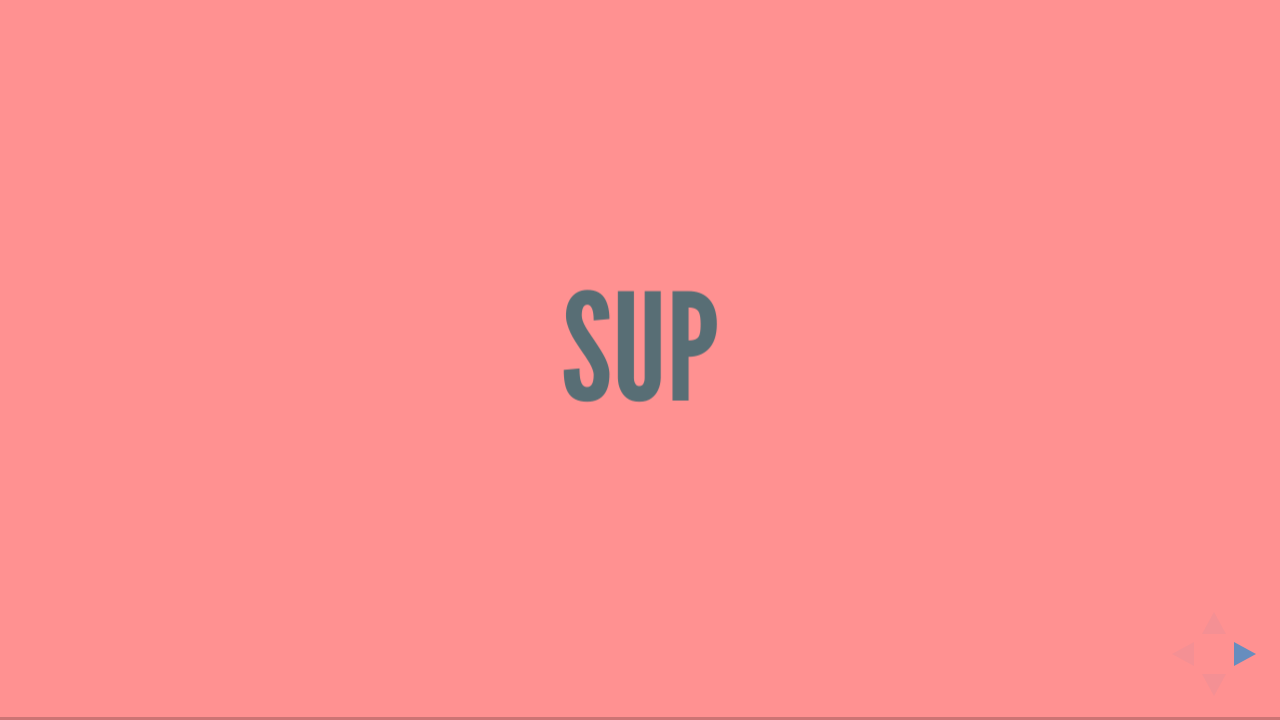
Repository: Blumed/Blumed.github.io
Page: index.html
An editor plug-in stored every save of this project. The page is shown before and after the next save, followed by the edit.
The browser window is 1280 px wide. The pictures show the whole page.
The style sheet was rebuilt from its Sass, Less or Tailwind sources for each picture, by a compiler version that may differ from the author's.

Above is the page before, as saved 2017-04-26 20:43:13.

### index.html
<!doctype html>
<html>
	<head>
		<meta charset="utf-8">
		<meta name="viewport" content="width=device-width, initial-scale=1.0, maximum-scale=1.0, user-scalable=no">

		<title>Build Your Own Tools!</title>

		<link rel="stylesheet" href="css/reveal.css">
		<link rel="stylesheet" href="css/theme/cullan.css">

		<!-- Theme used for syntax highlighting of code -->
		<link rel="stylesheet" href="lib/css/zenburn.css">

		<!-- Printing and PDF exports -->
		<script>
			var link = document.createElement( 'link' );
			link.rel = 'stylesheet';
			link.type = 'text/css';
			link.href = window.location.search.match( /print-pdf/gi ) ? 'css/print/pdf.css' : 'css/print/paper.css';
			document.getElementsByTagName( 'head' )[0].appendChild( link );
		</script>
	</head>
	<body>
		<div class="reveal">
			<div class="slides">
				<section>
					<h1>Sup</h1>
				</section>
				<section>Slide 2</section>
			</div>
		</div>

		<script src="lib/js/head.min.js"></script>
		<script src="js/reveal.js"></script>

		<script>
			// More info about config & dependencies:
			// - https://github.com/hakimel/reveal.js#configuration
			// - https://github.com/hakimel/reveal.js#dependencies
			Reveal.initialize({
				dependencies: [
					{ src: 'plugin/markdown/marked.js' },
					{ src: 'plugin/markdown/markdown.js' },
					{ src: 'plugin/notes/notes.js', async: true },
					{ src: 'plugin/highlight/highlight.js', async: true, callback: function() { hljs.initHighlightingOnLoad(); } }
				]
			});
		</script>
	</body>
</html>

### css/print/paper.css
/* Default Print Stylesheet Template
   by Rob Glazebrook of CSSnewbie.com
   Last Updated: June 4, 2008

   Feel free (nay, compelled) to edit, append, and
   manipulate this file as you see fit. */


@media print {

	/* SECTION 1: Set default width, margin, float, and
	   background. This prevents elements from extending
	   beyond the edge of the printed page, and prevents
	   unnecessary background images from printing */
	html {
		background: #fff;
		width: auto;
		height: auto;
		overflow: visible;
	}
	body {
		background: #fff;
		font-size: 20pt;
		width: auto;
		height: auto;
		border: 0;
		margin: 0 5%;
		padding: 0;
		overflow: visible;
		float: none !important;
	}

	/* SECTION 2: Remove any elements not needed in print.
	   This would include navigation, ads, sidebars, etc. */
	.nestedarrow,
	.controls,
	.fork-reveal,
	.share-reveal,
	.state-background,
	.reveal .progress,
	.reveal .backgrounds,
	.reveal .slide-number {
		display: none !important;
	}

	/* SECTION 3: Set body font face, size, and color.
	   Consider using a serif font for readability. */
	body, p, td, li, div {
		font-size: 20pt!important;
		font-family: Georgia, "Times New Roman", Times, serif !important;
		color: #000;
	}

	/* SECTION 4: Set heading font face, sizes, and color.
	   Differentiate your headings from your body text.
	   Perhaps use a large sans-serif for distinction. */
	h1,h2,h3,h4,h5,h6 {
		color: #000!important;
		height: auto;
		line-height: normal;
		font-family: Georgia, "Times New Roman", Times, serif !important;
		text-shadow: 0 0 0 #000 !important;
		text-align: left;
		letter-spacing: normal;
	}
	/* Need to reduce the size of the fonts for printing */
	h1 { font-size: 28pt !important;  }
	h2 { font-size: 24pt !important; }
	h3 { font-size: 22pt !important; }
	h4 { font-size: 22pt !important; font-variant: small-caps; }
	h5 { font-size: 21pt !important; }
	h6 { font-size: 20pt !important; font-style: italic; }

	/* SECTION 5: Make hyperlinks more usable.
	   Ensure links are underlined, and consider appending
	   the URL to the end of the link for usability. */
	a:link,
	a:visited {
		color: #000 !important;
		font-weight: bold;
		text-decoration: underline;
	}
	/*
	.reveal a:link:after,
	.reveal a:visited:after {
		content: " (" attr(href) ") ";
		color: #222 !important;
		font-size: 90%;
	}
	*/


	/* SECTION 6: more reveal.js specific additions by @skypanther */
	ul, ol, div, p {
		visibility: visible;
		position: static;
		width: auto;
		height: auto;
		display: block;
		overflow: visible;
		margin: 0;
		text-align: left !important;
	}
	.reveal pre,
	.reveal table {
		margin-left: 0;
		margin-right: 0;
	}
	.reveal pre code {
		padding: 20px;
		border: 1px solid #ddd;
	}
	.reveal blockquote {
		margin: 20px 0;
	}
	.reveal .slides {
		position: static !important;
		width: auto !important;
		height: auto !important;

		left: 0 !important;
		top: 0 !important;
		margin-left: 0 !important;
		margin-top: 0 !important;
		padding: 0 !important;
		zoom: 1 !important;

		overflow: visible !important;
		display: block !important;

		text-align: left !important;
		-webkit-perspective: none;
		   -moz-perspective: none;
		    -ms-perspective: none;
		        perspective: none;

		-webkit-perspective-origin: 50% 50%;
		   -moz-perspective-origin: 50% 50%;
		    -ms-perspective-origin: 50% 50%;
		        perspective-origin: 50% 50%;
	}
	.reveal .slides section {
		visibility: visible !important;
		position: static !important;
		width: auto !important;
		height: auto !important;
		display: block !important;
		overflow: visible !important;

		left: 0 !important;
		top: 0 !important;
		margin-left: 0 !important;
		margin-top: 0 !important;
		padding: 60px 20px !important;
		z-index: auto !important;

		opacity: 1 !important;

		page-break-after: always !important;

		-webkit-transform-style: flat !important;
		   -moz-transform-style: flat !important;
		    -ms-transform-style: flat !important;
		        transform-style: flat !important;

		-webkit-transform: none !important;
		   -moz-transform: none !important;
		    -ms-transform: none !important;
		        transform: none !important;

		-webkit-transition: none !important;
		   -moz-transition: none !important;
		    -ms-transition: none !important;
		        transition: none !important;
	}
	.reveal .slides section.stack {
		padding: 0 !important;
	}
	.reveal section:last-of-type {
		page-break-after: avoid !important;
	}
	.reveal section .fragment {
		opacity: 1 !important;
		visibility: visible !important;

		-webkit-transform: none !important;
		   -moz-transform: none !important;
		    -ms-transform: none !important;
		        transform: none !important;
	}
	.reveal section img {
		display: block;
		margin: 15px 0px;
		background: rgba(255,255,255,1);
		border: 1px solid #666;
		box-shadow: none;
	}

	.reveal section small {
		font-size: 0.8em;
	}

}

### css/theme/source/cullan.scss
/**
 * Solarized Light theme for reveal.js.
 * Author: Achim Staebler
 */


// Default mixins and settings -----------------
@import "../template/mixins";
@import "../template/settings";
// ---------------------------------------------



// Include theme-specific fonts
@import url(../../lib/font/league-gothic/league-gothic.css);
@import url(https://fonts.googleapis.com/css?family=Lato:400,700,400italic,700italic);


/**
 * Solarized colors by Ethan Schoonover
 */
html * {
	color-profile: sRGB;
	rendering-intent: auto;
}

// Solarized colors
$base03:    #002b36;
$base02:    #073642;
$base01:    #586e75;
$base00:    #22245E;
$base0:     #839496;
$base1:     #93a1a1;
$base2:     #eee8d5;
$base3:     #FF9191;
$yellow:    #b58900;
$orange:    #cb4b16;
$red:       #dc322f;
$magenta:   #d33682;
$violet:    #6c71c4;
$blue:      #268bd2;
$cyan:      #2aa198;
$green:     #859900;

// Override theme settings (see ../template/settings.scss)
$mainColor: $base00;
$headingColor: $base01;
$headingTextShadow: none;
$backgroundColor: $base3;
$linkColor: $blue;
$linkColorHover: lighten( $linkColor, 20% );
$selectionBackgroundColor: $magenta;

//Background generator
// @mixin bodyBackground() {
// 	@include radial-gradient( rgba($base3,1), rgba(lighten($base3, 20%),1) );
// }



// Theme template ------------------------------
@import "../template/theme";
// ---------------------------------------------

h1,h2,h3 {
    color: $base00;
}

### css/theme/template/mixins.scss
@mixin vertical-gradient( $top, $bottom ) {
	background: $top;
	background: -moz-linear-gradient( top, $top 0%, $bottom 100% );
	background: -webkit-gradient( linear, left top, left bottom, color-stop(0%,$top), color-stop(100%,$bottom) );
	background: -webkit-linear-gradient( top, $top 0%, $bottom 100% );
	background: -o-linear-gradient( top, $top 0%, $bottom 100% );
	background: -ms-linear-gradient( top, $top 0%, $bottom 100% );
	background: linear-gradient( top, $top 0%, $bottom 100% );
}

@mixin horizontal-gradient( $top, $bottom ) {
	background: $top;
	background: -moz-linear-gradient( left, $top 0%, $bottom 100% );
	background: -webkit-gradient( linear, left top, right top, color-stop(0%,$top), color-stop(100%,$bottom) );
	background: -webkit-linear-gradient( left, $top 0%, $bottom 100% );
	background: -o-linear-gradient( left, $top 0%, $bottom 100% );
	background: -ms-linear-gradient( left, $top 0%, $bottom 100% );
	background: linear-gradient( left, $top 0%, $bottom 100% );
}

@mixin radial-gradient( $outer, $inner, $type: circle ) {
	background: $outer;
	background: -moz-radial-gradient( center, $type cover,  $inner 0%, $outer 100% );
	background: -webkit-gradient( radial, center center, 0px, center center, 100%, color-stop(0%,$inner), color-stop(100%,$outer) );
	background: -webkit-radial-gradient( center, $type cover,  $inner 0%, $outer 100% );
	background: -o-radial-gradient( center, $type cover,  $inner 0%, $outer 100% );
	background: -ms-radial-gradient( center, $type cover,  $inner 0%, $outer 100% );
	background: radial-gradient( center, $type cover,  $inner 0%, $outer 100% );
}

### css/theme/template/settings.scss
// Base settings for all themes that can optionally be
// overridden by the super-theme

// Background of the presentation
$backgroundColor: #2b2b2b;

// Primary/body text
$mainFont: 'Lato', sans-serif;
$mainFontSize: 40px;
$mainColor: #eee;

// Vertical spacing between blocks of text
$blockMargin: 20px;

// Headings
$headingMargin: 0 0 $blockMargin 0;
$headingFont: 'League Gothic', Impact, sans-serif;
$headingColor: #eee;
$headingLineHeight: 1.2;
$headingLetterSpacing: normal;
$headingTextTransform: uppercase;
$headingTextShadow: none;
$headingFontWeight: normal;
$heading1TextShadow: $headingTextShadow;

$heading1Size: 3.77em;
$heading2Size: 2.11em;
$heading3Size: 1.55em;
$heading4Size: 1.00em;

// Links and actions
$linkColor: #13DAEC;
$linkColorHover: lighten( $linkColor, 20% );

// Text selection
$selectionBackgroundColor: #FF5E99;
$selectionColor: #fff;

// Generates the presentation background, can be overridden
// to return a background image or gradient
@mixin bodyBackground() {
	background: $backgroundColor;
}

### css/theme/template/theme.scss
// Base theme template for reveal.js

/*********************************************
 * GLOBAL STYLES
 *********************************************/

body {
	@include bodyBackground();
	background-color: $backgroundColor;
}

.reveal {
	font-family: $mainFont;
	font-size: $mainFontSize;
	font-weight: normal;
	color: $mainColor;
}

::selection {
	color: $selectionColor;
	background: $selectionBackgroundColor;
	text-shadow: none;
}

::-moz-selection {
	color: $selectionColor;
	background: $selectionBackgroundColor;
	text-shadow: none;
}

.reveal .slides>section,
.reveal .slides>section>section {
	line-height: 1.3;
	font-weight: inherit;
}

/*********************************************
 * HEADERS
 *********************************************/

.reveal h1,
.reveal h2,
.reveal h3,
.reveal h4,
.reveal h5,
.reveal h6 {
	margin: $headingMargin;
	color: $headingColor;

	font-family: $headingFont;
	font-weight: $headingFontWeight;
	line-height: $headingLineHeight;
	letter-spacing: $headingLetterSpacing;

	text-transform: $headingTextTransform;
	text-shadow: $headingTextShadow;

	word-wrap: break-word;
}

.reveal h1 {font-size: $heading1Size; }
.reveal h2 {font-size: $heading2Size; }
.reveal h3 {font-size: $heading3Size; }
.reveal h4 {font-size: $heading4Size; }

.reveal h1 {
	text-shadow: $heading1TextShadow;
}


/*********************************************
 * OTHER
 *********************************************/

.reveal p {
	margin: $blockMargin 0;
	line-height: 1.3;
}

/* Ensure certain elements are never larger than the slide itself */
.reveal img,
.reveal video,
.reveal iframe {
	max-width: 95%;
	max-height: 95%;
}
.reveal strong,
.reveal b {
	font-weight: bold;
}

.reveal em {
	font-style: italic;
}

.reveal ol,
.reveal dl,
.reveal ul {
	display: inline-block;

	text-align: left;
	margin: 0 0 0 1em;
}

.reveal ol {
	list-style-type: decimal;
}

.reveal ul {
	list-style-type: disc;
}

.reveal ul ul {
	list-style-type: square;
}

.reveal ul ul ul {
	list-style-type: circle;
}

.reveal ul ul,
.reveal ul ol,
.reveal ol ol,
.reveal ol ul {
	display: block;
	margin-left: 40px;
}

.reveal dt {
	font-weight: bold;
}

.reveal dd {
	margin-left: 40px;
}

.reveal q,
.reveal blockquote {
	quotes: none;
}

.reveal blockquote {
	display: block;
	position: relative;
	width: 70%;
	margin: $blockMargin auto;
	padding: 5px;

	font-style: italic;
	background: rgba(255, 255, 255, 0.05);
	box-shadow: 0px 0px 2px rgba(0,0,0,0.2);
}
	.reveal blockquote p:first-child,
	.reveal blockquote p:last-child {
		display: inline-block;
	}

.reveal q {
	font-style: italic;
}

.reveal pre {
	display: block;
	position: relative;
	width: 90%;
	margin: $blockMargin auto;

	text-align: left;
	font-size: 0.55em;
	font-family: monospace;
	line-height: 1.2em;

	word-wrap: break-word;

	box-shadow: 0px 0px 6px rgba(0,0,0,0.3);
}
.reveal code {
	font-family: monospace;
}

.reveal pre code {
	display: block;
	padding: 5px;
	overflow: auto;
	max-height: 400px;
	word-wrap: normal;
}

.reveal table {
	margin: auto;
	border-collapse: collapse;
	border-spacing: 0;
}

.reveal table th {
	font-weight: bold;
}

.reveal table th,
.reveal table td {
	text-align: left;
	padding: 0.2em 0.5em 0.2em 0.5em;
	border-bottom: 1px solid;
}

.reveal table th[align="center"],
.reveal table td[align="center"] {
	text-align: center;
}

.reveal table th[align="right"],
.reveal table td[align="right"] {
	text-align: right;
}

.reveal table tbody tr:last-child th,
.reveal table tbody tr:last-child td {
	border-bottom: none;
}

.reveal sup {
	vertical-align: super;
}
.reveal sub {
	vertical-align: sub;
}

.reveal small {
	display: inline-block;
	font-size: 0.6em;
	line-height: 1.2em;
	vertical-align: top;
}

.reveal small * {
	vertical-align: top;
}


/*********************************************
 * LINKS
 *********************************************/

.reveal a {
	color: $linkColor;
	text-decoration: none;

	-webkit-transition: color .15s ease;
	   -moz-transition: color .15s ease;
	        transition: color .15s ease;
}
	.reveal a:hover {
		color: $linkColorHover;

		text-shadow: none;
		border: none;
	}

.reveal .roll span:after {
	color: #fff;
	background: darken( $linkColor, 15% );
}


/*********************************************
 * IMAGES
 *********************************************/

.reveal section img {
	margin: 15px 0px;
	background: rgba(255,255,255,0.12);
	border: 4px solid $mainColor;

	box-shadow: 0 0 10px rgba(0, 0, 0, 0.15);
}

	.reveal section img.plain {
		border: 0;
		box-shadow: none;
	}

	.reveal a img {
		-webkit-transition: all .15s linear;
		   -moz-transition: all .15s linear;
		        transition: all .15s linear;
	}

	.reveal a:hover img {
		background: rgba(255,255,255,0.2);
		border-color: $linkColor;

		box-shadow: 0 0 20px rgba(0, 0, 0, 0.55);
	}


/*********************************************
 * NAVIGATION CONTROLS
 *********************************************/

.reveal .controls .navigate-left,
.reveal .controls .navigate-left.enabled {
	border-right-color: $linkColor;
}

.reveal .controls .navigate-right,
.reveal .controls .navigate-right.enabled {
	border-left-color: $linkColor;
}

.reveal .controls .navigate-up,
.reveal .controls .navigate-up.enabled {
	border-bottom-color: $linkColor;
}

.reveal .controls .navigate-down,
.reveal .controls .navigate-down.enabled {
	border-top-color: $linkColor;
}

.reveal .controls .navigate-left.enabled:hover {
	border-right-color: $linkColorHover;
}

.reveal .controls .navigate-right.enabled:hover {
	border-left-color: $linkColorHover;
}

.reveal .controls .navigate-up.enabled:hover {
	border-bottom-color: $linkColorHover;
}

.reveal .controls .navigate-down.enabled:hover {
	border-top-color: $linkColorHover;
}


/*********************************************
 * PROGRESS BAR
 *********************************************/

.reveal .progress {
	background: rgba(0,0,0,0.2);
}
	.reveal .progress span {
		background: $linkColor;

		-webkit-transition: width 800ms cubic-bezier(0.260, 0.860, 0.440, 0.985);
		   -moz-transition: width 800ms cubic-bezier(0.260, 0.860, 0.440, 0.985);
		        transition: width 800ms cubic-bezier(0.260, 0.860, 0.440, 0.985);
	}

Loaded but not shown: lib/css/zenburn.css (common file); lib/js/head.min.js (library); lib/font/league-gothic/league-gothic.css (common file); plugin/markdown/marked.js (library); plugin/markdown/markdown.js (library); plugin/notes/notes.js (library); plugin/highlight/highlight.js (library); js/reveal.js (5099 lines, source omitted); css/reveal.scss (1467 lines, source omitted)

After the next save:
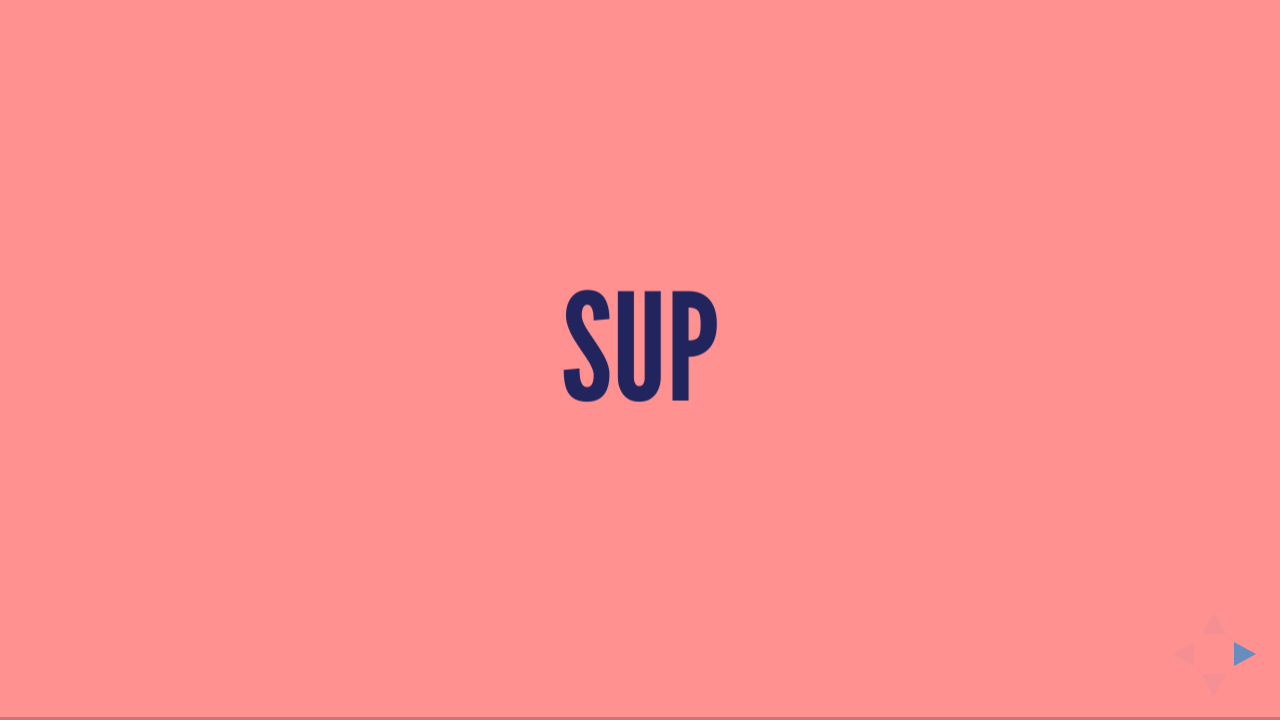
Saved 53 s later.
--- a/css/theme/source/cullan.scss
+++ b/css/theme/source/cullan.scss
@@ -62,6 +62,8 @@
 @import "../template/theme";
 // ---------------------------------------------
 
-h1,h2,h3 {
+.reveal {
+    h1,h2,h3 {
     color: $base00;
 }
+}
